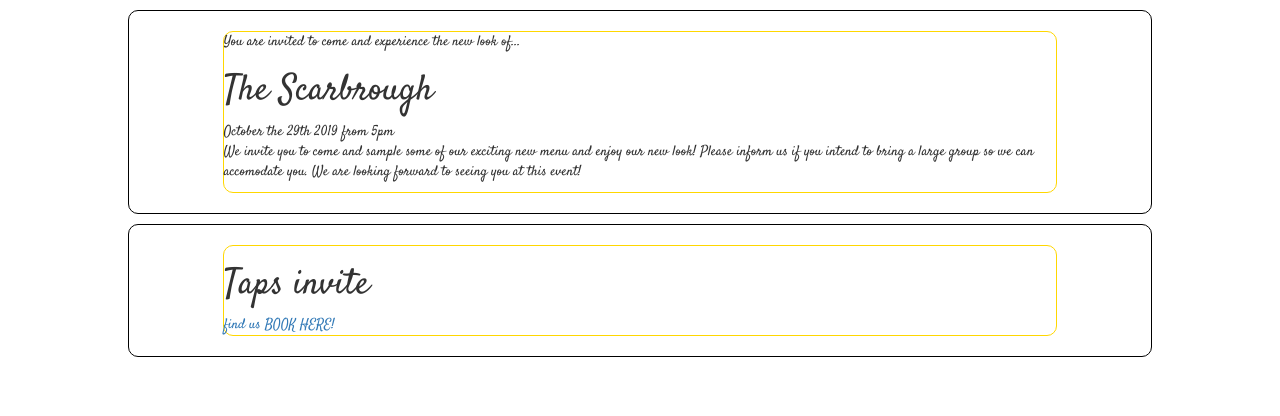
Repository: twdstudent/scarbrough-taps-invitation
Page: taps-invite.html
The author's editor kept a record of every edit. The page is drawn from the files as they stood at one moment, then again after the next edit.
The browser window is 1280 px wide. The pictures show the whole page.

Above is the page before.
Console error (its wording comes from the project's code and is left out).

After the next edit:
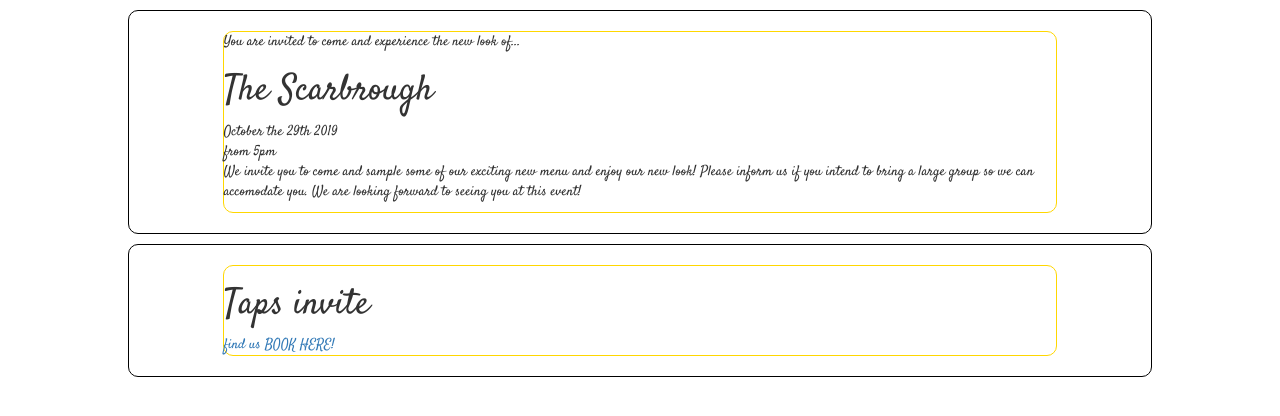
The edit:
--- a/taps-invite.html
+++ b/taps-invite.html
@@ -15,9 +15,9 @@
     <div class="outer-div">
         <div class="inner-div">
             <p>You are invited to come and experience the new look of...</p>
-            <h1>The Scarbrough</h1>
-            <span>October the 29th 2019</span>
-            <span>from 5pm</span>
+            <h1 class="header">The Scarbrough</h1>
+            <div class="date"><span>October the 29th 2019</span></div>
+            <div class="date"><span>from 5pm</span></div>
             <div class="invite-text">
                 <p>We invite you to come and sample some of our exciting new menu and enjoy our new look!
                 Please inform us if you intend to bring a large group so we can accomodate you.
